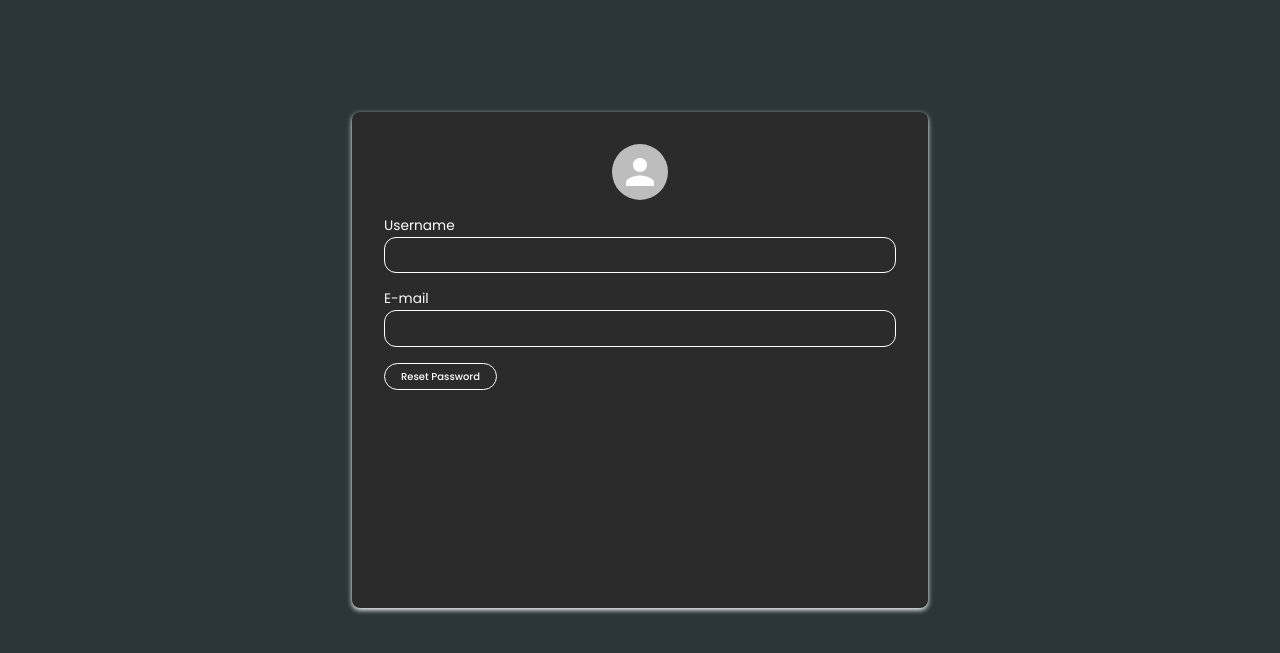
Repository: IzzaSuni/Izza-ToDo
Page: /publicNote/Private/profile
These files come from the project's save history. The page is drawn as it stood at one moment and after the next save; the edit follows.
The browser window is 1280 px wide. The pictures show the whole page.
Some web libraries are served in a nearby version. The project was rebuilt for these pictures with package versions that can differ from the ones it lists, and the page was loaded fresh each time. Also part of the build but not shown: src/App.css, src/services.js, src/components/List.js, src/components/Filter.js, src/components/ohayo.js, src/utils/Query.js, src/components/navbar.js, src/components/MainPage.js and 4 more.

Above is the page before, as saved 2022-08-23 22:57:34.

After the next save:
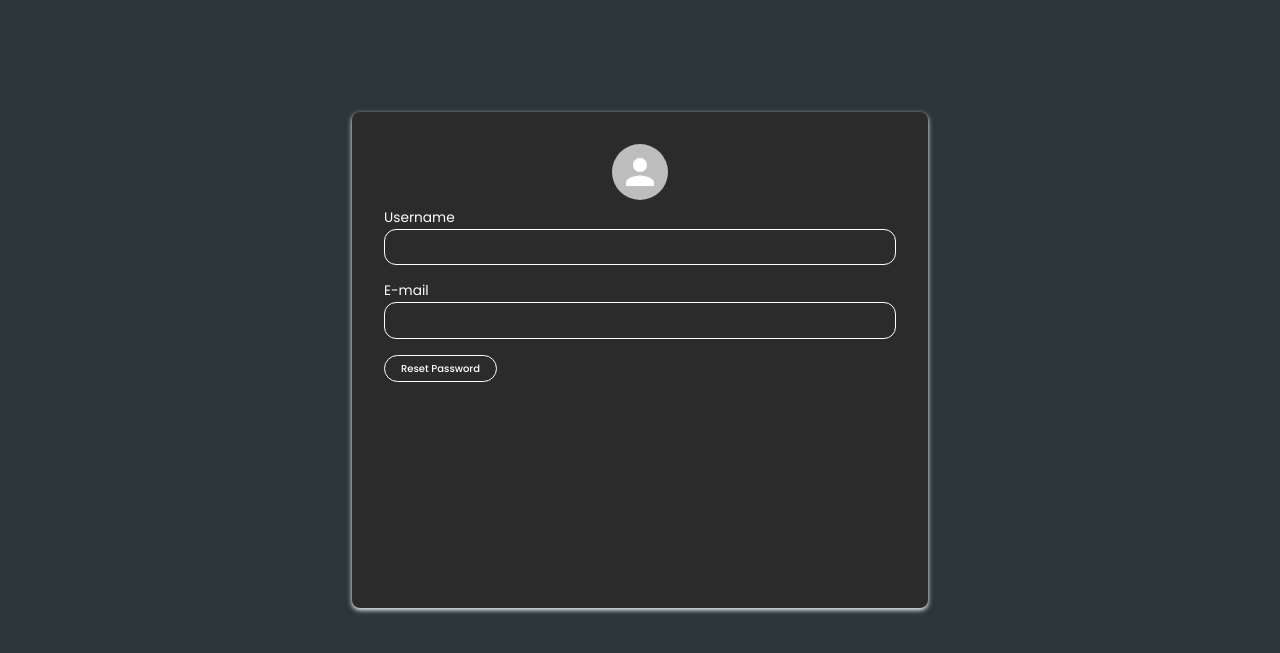
Saved 89 s later.
--- a/src/components/Profile.js
+++ b/src/components/Profile.js
@@ -50,7 +50,7 @@ export default function Profile() {
             </div>
           </Box>
           <Box>
-            <Box pb={2}>
+            <Box pb={1}>
               <Input
                 id={"uploadImg"}
                 type="file"
@@ -58,9 +58,7 @@ export default function Profile() {
                 hdlChange={onChangeFile}
                 className={{ display: 'none' }}
               />
-
             </Box>
-
             <Box pb={2}>
               <Typography>Username</Typography>
               <Input type="email" defVal={user.user} isdisabled={true} />
